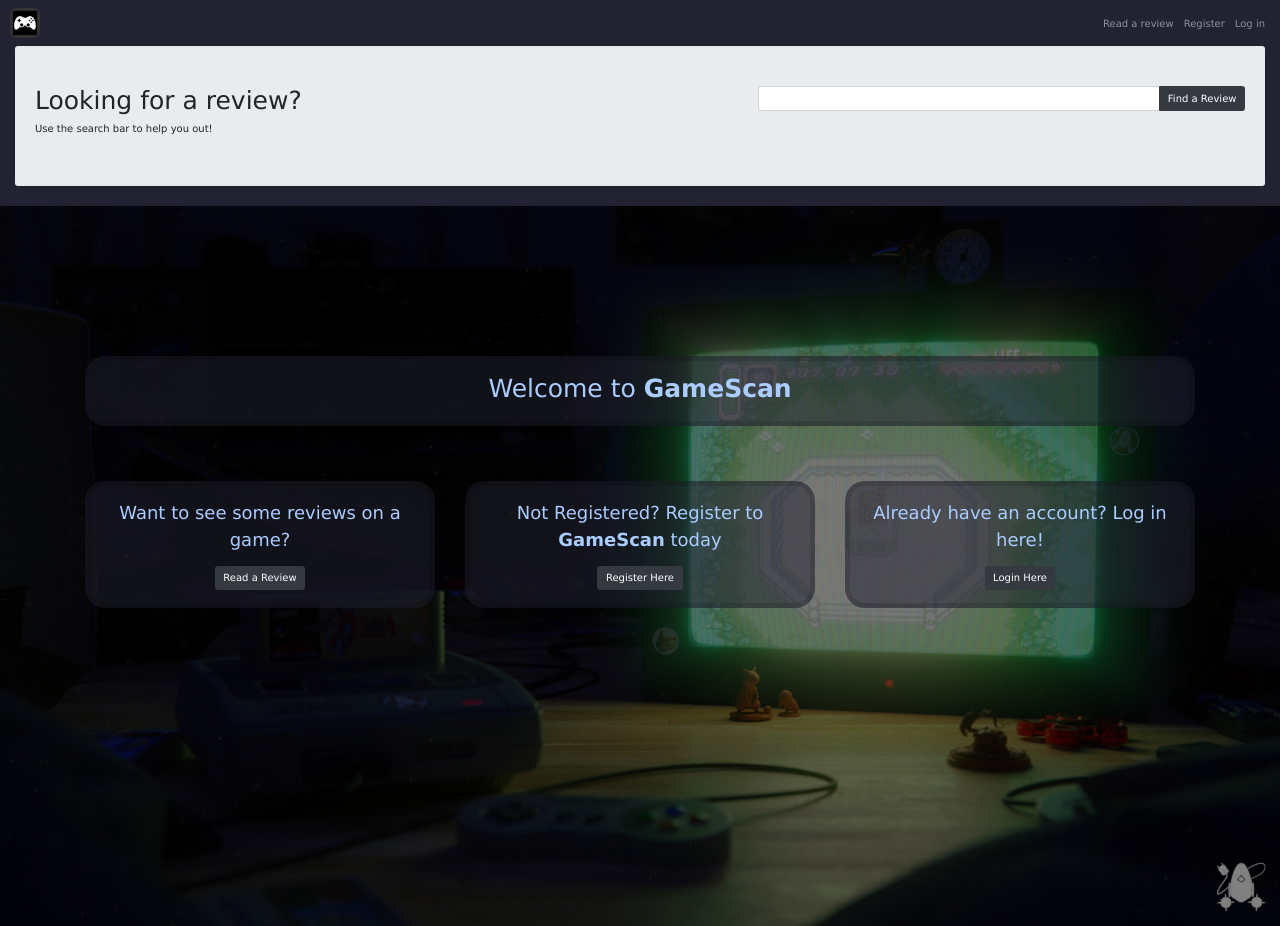
Repository: amit238/milestone-project-3
Page: http://localhost/
The author's editor kept a record of every edit. The page is drawn from the files as they stood at one moment, then again after the next edit.
The browser window is 1280 px wide. The pictures show the whole page.
Some web libraries are served in a nearby version. The page is served by the project's application, run on Flask 3 (app.py). Other server files are loaded and not shown.

Above is the page before.

### templates/index.html
{% extends "base.html" %} {% block nav_index %}active{% endblock %} {% block content %}
<div class="background">
    <div class="container fade-in">
        <div class="row">
            <div class="col-12 homepage">
                <div class="card homepage-card">
                    <div class="card-body">
                        <h1 class="welcome">Welcome to <strong>GameScan</strong></h1>
                    </div>
                </div>
            </div>
        </div>
        <div class="row padding-text-align">
            <div class="col-12 col-lg-4">
                <div class="card homepage-card">
                    <!--Homepage which shows cards providing buttons to redirect -->
                    <div class="card-body">
                        <p>Want to see some reviews on a game?</p>
                        <a href="{{ url_for('reviews') }}" ><button method="get" type="submit" type="button" class="btn btn-dark">Read a Review</button></a>
                    </div>
                </div>
            </div>
            <div class="col-12 col-lg-4">
                <div class="card homepage-card">
                    <div class="card-body">
                        <p>Not Registered? Register to <strong>GameScan</strong> today</p>
                        <a href="{{ url_for('register') }}"><button type="button" class="btn btn-dark">Register Here</button></a>
                    </div>
                </div>
            </div>
            <div class="col-12 col-lg-4">
                <div class="card homepage-card">
                    <div class="card-body">
                        <p>Already have an account? Log in here!</p>
                        <a href="{{ url_for('login') }}"><button type="button" class="btn btn-dark">Login Here</button></a>
                    </div>
                </div>
            </div>
        </div>
        {% endblock %}

### templates/base.html
<!DOCTYPE html>
<html lang="en">

<head>
  <meta charset="UTF-8">
  <meta name="viewport" content="width=device-width, initial-scale=1.0">
  <meta http-equiv="X-UA-Compatible" content="ie=edge"> {% if title %}
  <title>GameScan - {{ title }} </title>
  {% else %}
  <title>Welcome to GameScan!</title>
  {% endif %}
  <link rel="stylesheet" href="https://maxcdn.bootstrapcdn.com/bootstrap/4.2.1/css/bootstrap.min.css" type="text/css" />
  <link rel="stylesheet" href="https://use.fontawesome.com/releases/v5.0.10/css/all.css" integrity="sha384-+d0P83n9kaQMCwj8F4RJB66tzIwOKmrdb46+porD/OvrJ+37WqIM7UoBtwHO6Nlg" crossorigin="anonymous">
  <link rel="stylesheet" href="{{url_for('static', filename='css/style.css')}}" type="text/css" />
  <link rel="shortcut icon" type="image/ico" href="{{ url_for('static', filename='img/favicon.ico') }}" />
</head>

<body>

  <header>
    <nav class="navbar navbar-expand-lg navbar-dark bg-custom ">
      <a class="navbar-brand" href="{{ url_for('index') }}">
       <img src="{{ url_for('static', filename='img/favicon.ico') }}" width="30" height="30" alt="">
  </a>
      <button class="navbar-toggler" type="button" data-toggle="collapse" data-target="#navbarNavAltMarkup" aria-controls="navbarNavAltMarkup" aria-expanded="false" aria-label="Toggle navigation">
    <span class="navbar-toggler-icon"></span>
  </button>
      <div class="collapse navbar-collapse" id="navbarNavAltMarkup">
        <div class="navbar-nav ml-auto">
          <!--Being 'logged in' will show different links-->
          {% if session['logged_in'] == True %}
          <a class="nav-item nav-link" href="{{ url_for('reviews') }}">Read a review</a>
          <a class="nav-item nav-link" href="{{ url_for('addreview') }}">Write a review</a>
          <a class="nav-item nav-link" href="{{ url_for('logout') }}">Sign Out</a> {% else %}
          <a class="nav-item nav-link" href="{{ url_for('reviews') }}">Read a review</a>
          <a class="nav-item nav-link" href="{{ url_for('register') }}">Register</a>
          <a class="nav-item nav-link" href="{{ url_for('login') }}">Log in</a> {% endif %}
        </div>
      </div>
    </nav>
    <div class="container-fluid">
      <div class="jumbotron">
        <div class="row">
          <div class="col-lg-7">
            <h1>Looking for a review?</h1>
            <p>Use the search bar to help you out!</p>
          </div>
          <div class="col-lg-5">
            <form class="input-group mb-3" action="{{ url_for('search') }}" method="POST">
              <input class="form-control" type="text" name="query" />
              <div class="input-group-append">
                <button class="btn btn-dark" type="submit">Find a Review</button>
              </div>
            </form>
          </div>
        </div>
      </div>
    </div>
    {% with messages = get_flashed_messages() %} {% if messages %}
    <ul>
      {% for message in messages %}
      <li class="alert-warning">{{ message }}</li>
      {% endfor %}
    </ul>
    {% endif %} {% endwith %} {% block content %} {% endblock %}
  </header>
  <script src="https://code.jquery.com/jquery-3.5.1.js" integrity="sha256-QWo7LDvxbWT2tbbQ97B53yJnYU3WhH/C8ycbRAkjPDc=" crossorigin="anonymous"></script>
  <script src="https://cdnjs.cloudflare.com/ajax/libs/popper.js/1.14.6/umd/popper.min.js" integrity="sha384-wHAiFfRlMFy6i5SRaxvfOCifBUQy1xHdJ/yoi7FRNXMRBu5WHdZYu1hA6ZOblgut" crossorigin="anonymous"></script>
  <script src="https://stackpath.bootstrapcdn.com/bootstrap/4.2.1/js/bootstrap.min.js" integrity="sha384-B0UglyR+jN6CkvvICOB2joaf5I4l3gm9GU6Hc1og6Ls7i6U/mkkaduKaBhlAXv9k" crossorigin="anonymous"></script>
</body>

</html>

### app.py
import os
if os.path.exists("env.py"):
  import env
from flask import Flask, render_template, redirect, request, url_for, flash, session
from forms import LoginForm, RegisterForm, ReviewGameForm
from flask_pymongo import PyMongo
from bson.objectid import ObjectId
import re
import bcrypt

app = Flask(__name__)
app.config["MONGO_DBNAME"] = 'game_scan'
app.config["MONGO_URI"] = os.environ.get('MONGO_URI')

mongo = PyMongo(app)

SECRET_KEY = os.urandom(32)
app.config['SECRET_KEY'] = SECRET_KEY



@app.route('/reviews')
def reviews():
    return render_template('reviews.html', title="Read a review!", game_reviews=mongo.db.game_reviews.find())







@app.route('/')
def index():
    return render_template('index.html', title="Home")






# Adding Log in

@app.route('/login', methods=['GET', 'POST'])
def login():
    """Login handler"""
    if session.get('logged_in'):
        if session['logged_in'] is True:
            return redirect(url_for('index', title="Log In"))

    form = LoginForm()

    if form.validate_on_submit():
        # get all users
        users = mongo.db.users
        # try and get one with same name as entered
        db_user = users.find_one({'name': request.form['username']})

        if db_user:
            # check password using hashing
            if bcrypt.hashpw(request.form['password'].encode('utf-8'),
                             db_user['password']) == db_user['password']:
                session['username'] = request.form['username']
                session['logged_in'] = True
                flash('You have successfully logged in!')
                # successful redirect to home logged in
                return redirect(url_for('index', title="Sign In", form=form))
            # must have failed set flash message
            flash('Invalid username/password combination')
    return render_template("login.html", title="Sign In", form=form)





@app.route('/logout')
def logout():
    """Clears session and redirects to home"""
    session.clear()
    return redirect(url_for('index'))





# Adding in Register form

@app.route('/register', methods=['GET', 'POST'])
def register():
    """Handles registration functionality"""
    form = RegisterForm(request.form)
    if form.validate_on_submit():
        # get all the users
        users = mongo.db.users
        # see if we already have the entered username
        existing_user = users.find_one({'name': request.form['username']})

        if existing_user is None:
            # hash the entered password
            hash_pass = bcrypt.hashpw(request.form['password'].encode('utf-8'), bcrypt.gensalt())
            # insert the user to DB
            users.insert_one({'name': request.form['username'],
                          'password': hash_pass,
                          'email': request.form['email']})
            session['username'] = request.form['username']
            session['logged_in'] = True
            # Logs user in after registering
            return redirect(url_for('index'))
        # duplcate username set flash message and reload page
        flash('Sorry, that username is already taken - use another')
        return redirect(url_for('register'))
    return render_template('register.html', title='Register', form=form)





# Adding a review

@app.route('/addreview', methods=['GET', 'POST'])
def addreview():

   # If user gets onto the add page but not logged in

    if 'logged_in' not in session:
        flash('To add a review you need to sign in')
        return redirect(url_for('login'))

   # If form submits successfully

    form = ReviewGameForm(request.form)
    if request.method == 'POST':
        game_reviews=mongo.db.game_reviews
        print('inside')
        print('rating:' + request.form['rating'])
        # import pdb; pdb.set_trace()
        # add form content to db as a new record
        game_reviews.insert_one({
            'user_created': session['username'],
            'name': request.form['name'],
            'genre': request.form['genre'],
            'rating': request.form['rating'],
            'description': request.form['description'],
            })

        flash('Your Review has been added ', 'success')

        # send to my reviews template on successful add
        return redirect(url_for('reviews'))

    return render_template('addreview.html', form=form,
                           title='Add a Review')





# Editing a review

@app.route('/editreview/<id>', methods=['GET', 'POST'])
def editreview(id):


    a_reivew = mongo.db.game_reviews.find_one({'_id': ObjectId(id)})
    # retrieving record from db


    form = ReviewGameForm(data=a_reivew)

    if form.validate_on_submit():  # if form submits successfully
        game_reviews = mongo.db.game_reviews


        # add form content to db as a new record
        game_reviews.update_one({'_id': ObjectId(id)}, {'$set': {
            'name': request.form['name'],
            'genre': request.form['genre'],
            'rating': request.form['rating'],
            'description': request.form['description'],
            }})
        flash('Your review has been updated!', 'success')

        # send to my review template on successful addupdate
        return redirect(url_for('reviews', id=id))

    return render_template('editreview.html', form=form,
                           title='Edit a  Review!')


# Delete a review

# If user is logged in and wants to delete a review

@app.route('/deletereview/<id>', methods=['GET', 'POST'])
def deletereview(id):

    flash("Your review has been removed!.")
    mongo.db.game_reviews.delete_one({'_id': ObjectId(id)})
    return redirect(url_for('index'))

# Adding a Search bar to my reviews page


@app.route('/search', methods=['POST'])
def search():
    # This creates an index in each of the fields in the collect to perform a text search on them
    mongo.db.game_reviews.create_index([('description', 'text'), ('name','text'), ('genre', 'text'),])

    query = request.form.get('query')
    game_reviews = mongo.db.game_reviews.find({'$text': {'$search': query}})
    return render_template('reviews.html', game_reviews=game_reviews, type='search', query=query)




# Adding a 404 error page

''' If user goes onto a page that doesnt exist on the app '''

@app.errorhandler(404)
def handle_404(exception):
    return render_template('404.html', exception=exception, title="404 Error")

if __name__ == '__main__':
    app.run(host=os.environ.get('IP'),
            port=int(os.environ.get('PORT')),
            debug=False)

### static/css/style.css
html {
  font-size: 10px;
}

body {
  padding: 0;
  margin: 0;
  background-color: #222233;
  font-family: "Lucida Sans Unicode", "Lucida Grande", sans-serif;
  ;
}

/*----Navbar----*/

.nav-itrem {
  color: #aaccff;
}

/*----Homepage----*/

.padding-text-align {
  padding-top: 5rem;
  text-align: center;
}

.homepage-card {
  font-size: large;
  background-color: rgba(34, 34, 51, 0.5);
  border-radius: 2rem;
  border-width: thick;
  animation: fade-cards-in 2s ease-out;
  margin-bottom: 5px;
  color: #AACCFF
}

@keyframes fade-cards-in {
  0% {
    opacity: .5;
    transform: translateY(30px);
  }
  80% {
    transform: translateY(3px);
  }
  100% {
    opacity: 1;
    transform: translate(0);
  }
}

.background {
  background-image: url('../img/night.jpg');
  background-color: #222233;
  background-size: cover;
  background-repeat: no-repeat;
  height: 100vh;
}

.homepage {
  padding-top: 15rem;
  text-align: center;
}

/*----Add Review----*/
/*-some css also in reviews.html to stop repeating-*/

.form-bg {
  background-color: #222233;
  margin-top: 2rem;
}

.thick-border {
  border-width: thick;

}

.form-text {
  color: #AACCFF;
  font-size: 1.4rrem;
  border-width: thick;
}

.form-btn {
  text-align: center;
  background-color: #222233;
}

.center-header {
  text-align: center;
}


/*----Reviews----*/

.center {
  text-align: center;
  border-width: thick;
}

.description {
  margin-top: 2rem;
  text-align: left;
}

.review-title {
  font-weight: 900;
}


/*----Register----*/
/*-some css also in other html pages to stop repeating-*/

.color-center {
  color: #AACCFF;
  text-align: center;
}

.padding-top {
  padding-top: 1rem;
}


.border-box {
  border-radius: 1rrem;
}

After the next edit:
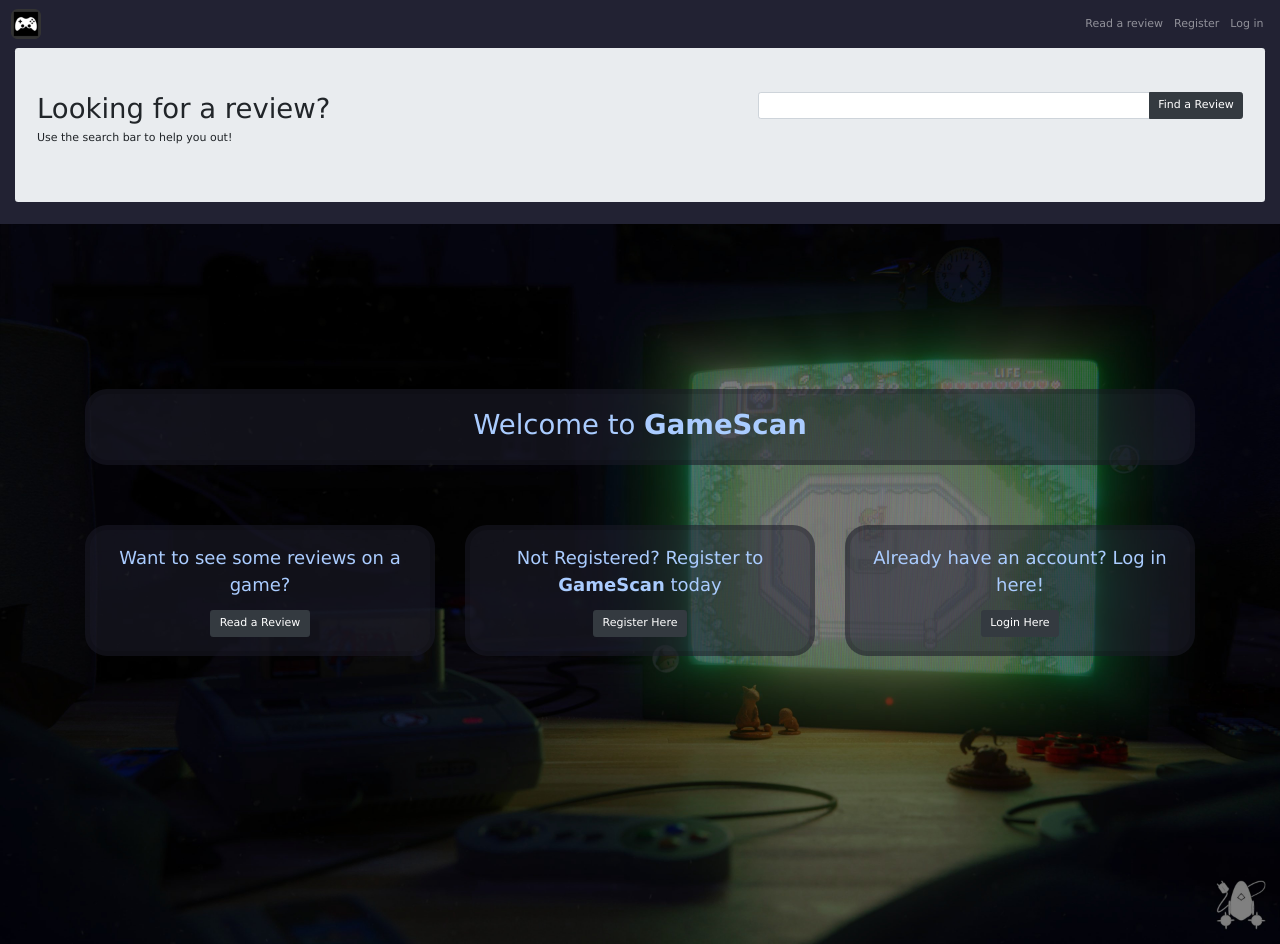
The edit:
--- a/static/css/style.css
+++ b/static/css/style.css
@@ -1,5 +1,5 @@
 html {
-  font-size: 10px;
+  font-size: 11px;
 }
 
 body {
